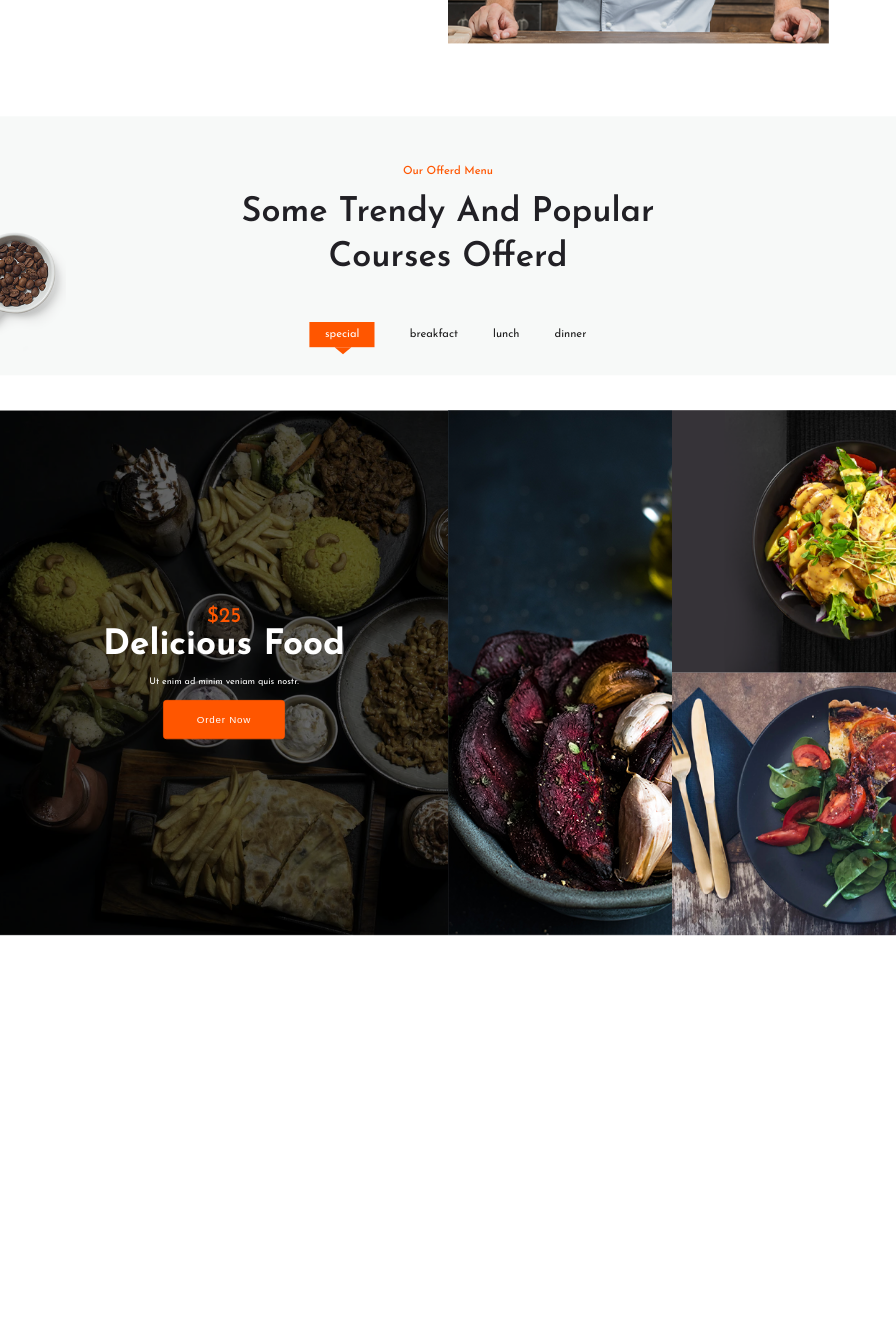
Repository: Ebtehal18/food
Page: index.html
These files come from the project's save history. The page is drawn as it stood at one moment and after the next save; the edit follows.
The browser window is 1280 px wide. The pictures show the part of the page from y = 1770 to 3690 px (the page is 10000 px tall), at 70% of full size.
The pointer rests on the first visible `.menu-sec .grid-menu .menu-img`.

Above is the page before, as saved 2024-01-18 17:13:15.

### index.html
<!DOCTYPE html>
<html lang="en">
  <head>
    <meta charset="UTF-8" />
    <meta name="viewport" content="width=device-width, initial-scale=1.0" />
    <title>Food All</title>
    <link rel="preconnect" href="https://fonts.googleapis.com">
    <link rel="preconnect" href="https://fonts.gstatic.com" crossorigin>
    <link href="https://fonts.googleapis.com/css2?family=Josefin+Sans:wght@200;300;400;500;600;700&display=swap" rel="stylesheet">
    <link rel="stylesheet" href="asessets/css/style.css" />
    <link rel="stylesheet" href="asessets/css/External/all.min.css" />
  </head>
  <body>
    <!-- nav bar -->
    <header class="header">
      <div class="logo"><img src="asessets/imgs/logo.png" alt="logo" /></div>
      <label for="checkbox"><i class="fa-solid fa-bars"></i></label>
      <input type="checkbox" id="checkbox">
      <nav class="nav">
        <ul class="nav-list">
          <li class="list-item"><a href="#">Home</a></li>
          <li class="list-item"><a href="#">About</a></li>
          <li class="list-item"><a href="#">Menu</a></li>
          <li class="list-item">
            <a href="#">Blog</a>
            <ul class="dropdown-list">
              <li class="dropdown-item"><a href="#">Blog</a></li>
              <li class="dropdown-item"><a href="#">Blog Details</a></li>
              <li class="dropdown-item"><a href="#">Element</a></li>
            </ul>
          </li>
          <li class="list-item"><a href="#">Contact</a></li>
        </ul>
      </nav>
      <button class="btn btn-nav">Order Online</button>
    </header>

    <!-- hero -->

    <section class="hero">
      <div class="container">
        <div class="row">
         <div class="hero-content">
           <span class="span">Discover Your Teste</span>
          <h1>We belive good food offer great smile</h1>
          <p>
            Ut enim ad minim veniam, quis nostrud exercitation ullamco laboris
            nisi ut aliquip ex ea commodo consequat is aute irure.
          </p>
          <button class="btn-hero">Resurvation</button>
        </div>
          </div>
        </div>
      </div>
    </section>

  <!-- about -->
    <section class="about">
      <div class="container">
        <div class="row">
        <div class="about-content">
          <span class="span">Discover Your Teste</span>
          <h2>We Provide Good Food For Your Family!</h2>
          <p>Ut enim acgsd minim veniam, quxcis nostrud exercitation ullamco laboris nisi ufsit aliquip ex ea commodo consequat is aute irure m, quis nostrud exer.</p>
          <div class="row">
        <div class="about-detail">
          <div class="about-icon">
            <img src="asessets/imgs/cooking.png" alt="cooking">
          </div>
        <p>Ut enim ad minim veniam, quis nostrud exer.</p>
      </div>
        <div class="about-detail">
          <div class="about-icon">
            <img src="asessets/imgs/restaurant.png" alt="cooking">
          </div>
        <p>Ut enim ad minim veniam, quis nostrud exer.</p>
      </div>
        <div class="about-detail">
          <div class="about-icon">
            <img src="asessets/imgs/chef.png" alt="cooking">
          </div>
        <p>Ut enim ad minim veniam, quis nostrud exer.</p>
      </div>
        <div class="about-detail">
          <div class="about-icon">
            <img src="asessets/imgs/cooking.png" alt="cooking">
          </div>
        <p>Ut enim ad minim veniam, quis nostrud exer.</p>
      </div>
          </div>
        </div>
        <div class="about-img">
          <img src="asessets/imgs/about.png" alt="chef's img">
        </div>
        </div>
      </div>
    </section>
    <!-- menu -->
    <section class="menu-sec">
      <div class="menu">
         <div class="container">
        <div class="menu-heading">
          <span class="span">Our Offerd Menu</span>
          <h2>Some Trendy And Popular Courses Offerd</h2>
          <ul class="list-menu">
            <li class="menu-item"><a href="#">special</a></li>
            <li  class="menu-item"><a href="#">breakfact</a></li>
            <li  class="menu-item"><a href="#">lunch</a></li>
            <li  class="menu-item"><a href="#">dinner</a></li>
          </ul>
        </div>


      </div>
    </div>
      <div class="grid-menu">
        <div class="menu-img">
          <div class="overlay">
            <span class="span">$25</span>
            <h2>Delicious Food</h2>
            <p>Ut enim ad minim veniam quis nostr.</p>
            <button class="btn-hero">Order Now</button>
          </div>
        </div>
        <div class="menu-img"></div>
        <div class="menu-img"></div>
        <div class="menu-img"></div>

      </div>
    </section>

  </body>
</html>

### asessets/css/style.css
/*
=======================================================
          public styles
======================================================= */
*,
*::after,
*::before {
  margin: 0;
  padding: 0;
  box-sizing: border-box;
}
html,
body {
  overflow-x: hidden;
}
body {
  font-family: "Josefin Sans", sans-serif;
  color: #141517;
  height: 10000px;
}
a {
  text-decoration: none;
}
li {
  list-style: none;
}
.container {
  width: 85%;
  margin: auto;
}
.row {
  display: flex;
  justify-content: space-between;
  align-items: flex-start;
}
.span {
  color: #ff5600;
  font-size: 16px;
  font-weight: 500;
  display: inline-block;
}

@media (max-width: 767px) {
  .row {
    flex-flow: column wrap;
  }
}

/*
=====================================================
            end public styles
=====================================================
 */

/* ===============
        navbar
 ================= */
.header {
  z-index: 999;
  display: flex;
  background-color: #fff;
  position: fixed;
  justify-content: space-around;
  align-items: center;
  top: 0;
  padding: 20px 65px;
  width: 100%;
}
.header .logo {
  width: 46%;
}
.header .nav .nav-list .list-item {
  padding: 0 30px;
  display: inline-block;
}
.header .nav .nav-list .list-item a {
  color: #141517;
  font-weight: 400;
  font-size: 16px;
  text-decoration: none;
}
.header .nav .nav-list .list-item a:hover {
  color: #ff5600;
}
.header .nav .nav-list .list-item:nth-child(4) {
  position: relative;
}
.header .nav .list-item .dropdown-list {
  padding: 10px 15px;
  background-color: #fff;
  position: absolute;
  top: 44px;
  left: -4px;
  opacity: 0;
  transition: all 0.4s ease-in;
  -webkit-transition: all 0.4s ease-in;
  -moz-transition: all 0.4s ease-in;
  -ms-transition: all 0.4s ease-in;
  -o-transition: all 0.4s ease-in;
}
.header .nav .nav-list .list-item:nth-child(4):hover .dropdown-list {
  opacity: 1;
  top: 63px;
}

.header .nav .list-item .dropdown-list li {
  width: 140px;
  display: inline-block;
  margin-bottom: 20px;
}
.header .btn {
  position: relative;
  z-index: 1;
  cursor: pointer;
  color: #464d65;
  outline: none;
  border: 1px solid #ff5600;
  font-size: 14px;
  font-weight: 500;
  background-color: transparent;
  padding: 19px 47px;
  border-radius: 5px;
  -webkit-border-radius: 5px;
  -moz-border-radius: 5px;
  -ms-border-radius: 5px;
  -o-border-radius: 5px;
  transition: all 0.4s ease-in;
  -webkit-transition: all 0.4s ease-in;
  -moz-transition: all 0.4s ease-in;
  -ms-transition: all 0.4s ease-in;
  -o-transition: all 0.4s ease-in;
}
.header .btn::before {
  background-color: #ff5600;
  position: absolute;
  content: "";
  top: 0;
  left: 0;
  height: 0%;
  width: 100%;
  z-index: -1;
  transition: all 0.4s ease-in;
  -webkit-transition: all 0.4s ease-in;
  -moz-transition: all 0.4s ease-in;
  -ms-transition: all 0.4s ease-in;
  -o-transition: all 0.4s ease-in;
}
.header .btn:hover {
  color: #fff;
}
.header .btn:hover::before {
  height: 100%;
}
.header input,
label {
  display: none;
}
@media (max-width: 1100px) {
  .header .logo {
    width: 20%;
  }
}

@media (max-width: 991px) {
  .header {
    justify-content: space-between;
    padding: 10px 20px;
  }
  .header .logo {
    width: 84%;
  }
  .header nav .nav-list {
    display: none;
  }
  .header .nav-list {
    padding: 20px 0;
    left: 0;
    right: 0;
    background-color: #ffb400fa;
    position: absolute;
    top: 100%;
  }

  .header .nav .nav-list .list-item {
    margin-bottom: 20px;
    padding: 0 30px;
    display: block;
  }
  .header .nav .nav-list .list-item a {
    color: #fff;
  }

  .header .nav .nav-list .list-item:nth-child(4):hover .dropdown-list {
    border-radius: 5px;
    left: 30px;
    top: 23px;
    background-color: #ff5600;
    -webkit-border-radius: 5px;
    -moz-border-radius: 5px;
    -ms-border-radius: 5px;
    -o-border-radius: 5px;
  }
  .header .nav .list-item .dropdown-list li {
    display: block;
  }
  .header .nav .list-item .dropdown-list a,
  .header .nav .list-item .dropdown-list a:hover {
    color: #fff;
  }
  .header .btn {
    display: none;
  }
  .header label {
    display: block;
  }
  .header label i {
    font-size: 24px;
  }
  .header input:checked + nav .nav-list {
    display: block;
  }
}

/* ===============
       end  navbar
 ================= */
/* ===============
       hero
 ================= */
.hero {
  display: flex;
  width: 100%;
  height: 1080px;
  background-image: url(../imgs/h1_hero.png);
  background-size: cover;
  background-position: bottom;
}

/* .hero .hero-content {
  margin-top: -237px;
} */

.hero .hero-content h1 {
  margin-top: 40px;
  font-weight: 700;
  color: #212025;
  font-size: 87px;
  width: 80%;
  line-height: 1.4;
}
.hero .hero-content p {
  font-weight: 400;
  margin-bottom: 30px;
  line-height: 1.3;
  width: 44%;
  color: #212025;
  font-size: 16px;
}
 .btn-hero {
  letter-spacing: 1.1px;
  position: relative;
  z-index: 1;
  cursor: pointer;
  color: #fff;
  outline: none;
  border: 1px solid #ff5600;
  font-size: 14px;
  font-weight: 500;
  background-color: #ff5600;
  padding: 19px 47px;
  border-radius: 5px;
  -webkit-border-radius: 5px;
  -moz-border-radius: 5px;
  -ms-border-radius: 5px;
  -o-border-radius: 5px;
  transition: all 0.4s ease-in;
  -webkit-transition: all 0.4s ease-in;
  -moz-transition: all 0.4s ease-in;
  -ms-transition: all 0.4s ease-in;
  -o-transition: all 0.4s ease-in;
}
 .btn-hero::before {
  z-index: -1;
  content: "";
  background-color: rgba(0, 0, 0, 0.6);
  top: 0;
  left: 0;
  width: 0;
  height: 100%;
  position: absolute;
  transition: all 0.4s;
  -webkit-transition: all 0.4s;
  -moz-transition: all 0.4s;
  -ms-transition: all 0.4s;
  -o-transition: all 0.4s;
}
.btn-hero:hover::before {
  filter: grayscale(50%);
  width: 100%;
  -webkit-filter: grayscale(50%);
}
@media (max-width: 1100px) {
  .hero .hero-content {
    margin: 0;
  }
  .hero .hero-content h1 {
    font-size: 60px;
  }
}

@media (max-width: 991px) {
  .hero {
    height: 700px;
  }
  .hero .hero-content {
    margin: 0;
    padding: 206px 0 100px;
  }
  .hero .hero-content .span {
    margin-bottom: 40px;
  }
  .hero .hero-content h1 {
    width: 88%;
    font-size: 50px;
    margin-bottom: 40px;
  }
  .hero .hero-content p {
    line-height: 1.4;
    width: 74%;
  }
}

@media (max-width: 767px) {
  .hero {
    height: 600px;
  }
  .hero .hero-content {
    padding: 100px 0 0;
    margin: 0;
  }
  .hero .hero-content span {
    margin-bottom: 20px;
  }
  .hero .hero-content h1 {
    font-size: 27px;
    width: 100%;
    margin-bottom: 30px;
  }
  .hero .hero-content p {
    margin-bottom: 20px;
    width: 100%;
  }
}

/* about */
.about {
  padding: 100px 0;
}
.about .container .row {
  align-items: center;
}
.about .about-content {
  width: 50%;
}
.about .about-content h2 {
  margin: 15px 0 20px;
  color: #212025;
  font-size: 49px;
  font-weight: 600;
  line-height: 1.4;
  width: 83%;
}
.about .about-content p {
  width: 77%;
  color: #212025;
  font-size: 16px;
  font-weight: 400;
  line-height: 1.3;
}
.about .about-content .row {
  margin-top: 50px;
  display: grid;
  grid-template-columns: repeat(2, 1fr);
  gap: 20px;
}
.about .about-content .row .about-detail {
  display: flex;
  gap: 20px;
  align-items: center;
}
.about .about-content .row .about-detail p {
  width: 69%;
}

.about .row .about-detail .about-icon {
  width: 15%;
}
.about .row .about-detail .about-icon img,
.about .about-img img {
  width: 100%;
}
.about .about-img {
  width: 50%;
}
@media (max-width: 991px) {
  .about {
    padding: 50px 0;
  }
  .about .row {
    flex-flow: row wrap;
  }
  .about .about-content {
    width: 100%;
  }
  .about .about-content h2 {
    width: 100%;
    font-size: 27px;
  }
  .about .about-content .row {
    margin-top: 25px;
    display: grid;
    grid-template-columns: repeat(2, 1fr);
    gap: 20px;
  }
  .about .about-img {
    margin-top: 20px;
    width: 100%;
  }
}

@media (max-width: 767px) {
  .about {
    padding: 40px 0;
  }
  .about .about-content {
    width: 100%;
  }
  .about .about-content h2 {
    width: 100%;
    font-size: 27px;
  }
  .about .about-content .row {
    margin-top: 25px;
    display: grid;
    grid-template-columns: repeat(1, 1fr);
    gap: 20px;
  }
  .about .about-img {
    margin-top: 20px;
    width: 100%;
  }
}
/* menu */
.menu {
  background-image: url(../imgs/section_bg01.png);
  background-size: cover;
  background-position: center center;
  padding: 70px 0 50px;
}
.menu .menu-heading {
  text-align: center;
}

.menu .menu-heading h2 {
  line-height: 1.3;
  margin: auto;
  width: 59%;
  color: #212025;
  font-size: 49px;
  font-weight: 600;
  margin-top: 20px;
}
.menu .menu-heading .list-menu {
  margin-top: 70px;
  display: flex;
  justify-content: center;
  gap: 50px;
}
}
.menu .menu-heading .list-menu li a{
  text-transform: uppercase;

}

.menu .menu-heading .list-menu li:not(:first-child) a {
  z-index: 1;
  font-weight: 400;
  font-size: 16px;
  color: #1b1b1b;
  text-decoration: none;
}

.menu .menu-heading .list-menu li:first-child a {
  background-color: #ff5600;
  padding: 10px 22px;
  position: relative;
  color: #fff;
}
.menu .menu-heading .list-menu li:first-child a::before {
  top: 36px;
  left: 38%;
  content: "";
  position: absolute;
  width: 0;
  height: 0;
  border-bottom: 12px solid transparent;
  border-top: 10px solid #ff5600;
  border-left: 12px solid transparent;
  border-right: 12px solid transparent;
}



.menu-sec .grid-menu{
  margin-top: 50px;
  display: grid;
  grid-template-columns: repeat(4,1fr);
  grid-template-rows: repeat(2,1fr);
}
.menu-sec .grid-menu .menu-img {
  overflow: hidden;
  position: relative;
}
.menu-sec .grid-menu .menu-img .overlay{
 width: 100%;
 height: 100%;
 display: flex;
 align-items: center;
 justify-content: center;
 flex-direction: column;
 position: absolute;
 z-index: 1;
 text-align: center;
 background-color: rgba(0, 0, 0, 0.6);
 opacity: 0;
 transition:all 0.4s ease-in ;
 -webkit-transition:all 0.4s ease-in ;
 -moz-transition:all 0.4s ease-in ;
 -ms-transition:all 0.4s ease-in ;
 -o-transition:all 0.4s ease-in ;
}
.menu-sec .grid-menu .menu-img:hover .overlay{
  opacity: 1;
animation-name: animation;
animation-duration: 0.4s;

}
@keyframes animation {
  0%{
    opacity: 0.5;
    transform: translateY(100px);
    -webkit-transform: translateY(100px);
    -moz-transform: translateY(100px);
    -ms-transform: translateY(100px);
    -o-transform: translateY(100px);
}



100%{
  opacity: 1;
  transform: translateY(0);
  -webkit-transform: translateY(0);
  -moz-transform: translateY(0);
  -ms-transform: translateY(0);
  -o-transform: translateY(0);
}
}


.menu-sec .grid-menu .menu-img .overlay .span{
  font-size: 30px;
}
.menu-sec .grid-menu .menu-img .overlay h2{
  color: #fff;
font-size: 50px;
font-weight: 700;
margin-bottom: 20px;

}
.menu-sec .grid-menu .menu-img .overlay p{
      margin-bottom: 20px;
      color: #fff;
      font-size: 13px;
}

.menu-sec .grid-menu .menu-img:nth-child(1){
  grid-column: 1/3;
  grid-row: 1/-1;
  background-image: url(../imgs/gallery1.png);
  background-size: cover;
  background-position: bottom;
  min-height: 730px;
}

.menu-sec .grid-menu .menu-img:nth-child(2){
  background-image: url(../imgs/gallery2.png);
  background-size: cover;
  background-position: left;
  min-height: 730px;
  grid-row: 1/-1;

}
.menu-sec .grid-menu .menu-img:nth-child(3) {
  background-image: url(../imgs/gallery3.png);
  background-size: cover;
  background-position: left;
  min-height: 375px;

}
.menu-sec .grid-menu .menu-img:nth-child(4) {
  background-image: url(../imgs/gallery4.png);
  background-size: cover;
  background-position: left;
  min-height: 375px;
}
.menu .grid-menu .menu-img:nth-child(1):hover{


}

Loaded but not shown: asessets/css/External/all.min.css (library)

After the next save:
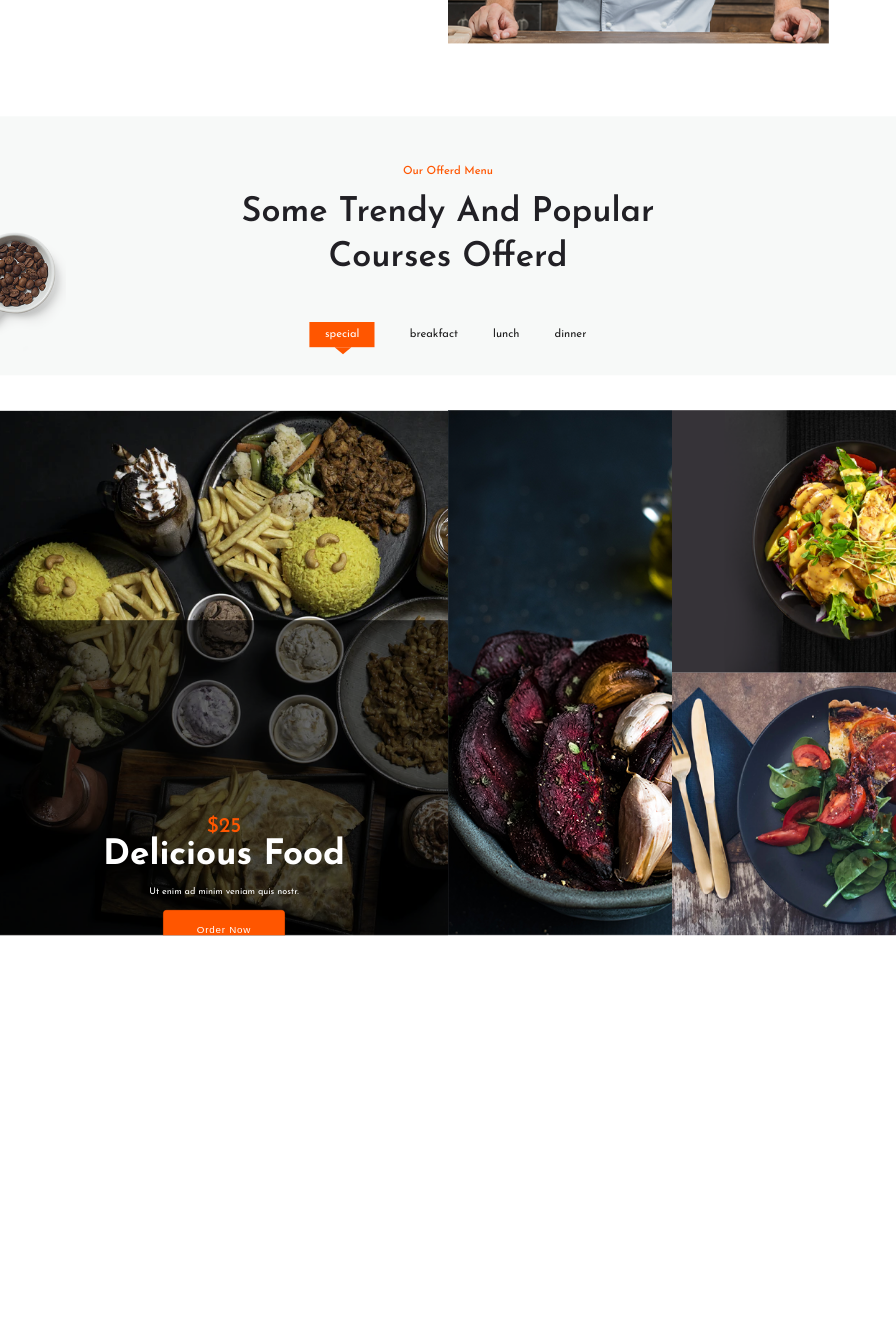
Saved 8 s later.
--- a/asessets/css/style.css
+++ b/asessets/css/style.css
@@ -540,6 +540,7 @@ label {
  -o-transition:all 0.4s ease-in ;
 }
 .menu-sec .grid-menu .menu-img:hover .overlay{
+  top: 40%;
   opacity: 1;
 animation-name: animation;
 animation-duration: 0.4s;
